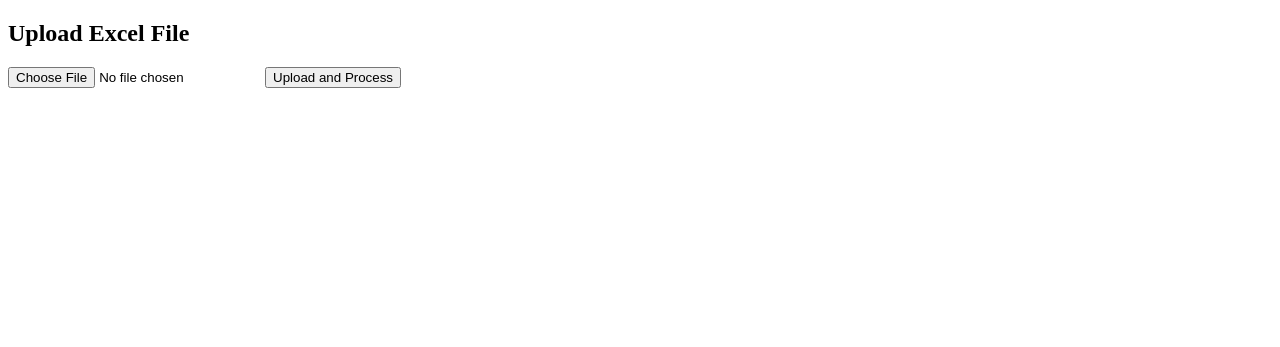
Repository: fatur04/Excel-Matching-Web-App
Page: http://localhost/
The author's editor kept a copy of each file at every save. The page is drawn from the files as they stood at one save, then again after the next save.
The browser window is 1280 px wide. The pictures show the whole page.
The page is served by the project's application, run on Flask 3 (app.py).

Above is the page before, as saved 2024-11-04 21:36:32.

### templates/index.html
<!DOCTYPE html>
<html lang="en">
<head>
    <meta charset="UTF-8">
    <meta name="viewport" content="width=device-width, initial-scale=1.0">
    <title>Excel Matching Web App</title>
</head>
<body>
    <h2>Upload Excel File</h2>
    <form action="/upload" method="POST" enctype="multipart/form-data">
        <input type="file" name="file" accept=".xlsx" required>
        <button type="submit">Upload and Process</button>
    </form>
</body>
</html>

### app.py
import os
import pandas as pd
from flask import Flask, request, render_template, send_file, redirect, url_for
from werkzeug.utils import secure_filename

app = Flask(__name__)
app.config['UPLOAD_FOLDER'] = 'uploads'
app.config['RESULT_FOLDER'] = 'results'

os.makedirs(app.config['UPLOAD_FOLDER'], exist_ok=True)
os.makedirs(app.config['RESULT_FOLDER'], exist_ok=True)

@app.route('/')
def index():
    return render_template('index.html')

@app.route('/upload', methods=['POST'])
def upload_file():
    if 'file' not in request.files:
        return "No file part in the request"

    file = request.files['file']
    if file.filename == '':
        return "No selected file"

    # Simpan file ke folder uploads
    filename = secure_filename(file.filename)
    file_path = os.path.join(app.config['UPLOAD_FOLDER'], filename)
    file.save(file_path)

    # Baca file Excel dan lakukan pencocokan data
    excel_data = pd.ExcelFile(file_path)
    sheet1_df = excel_data.parse('Sheet1')
    sheet2_df = excel_data.parse('Sheet2')

    if 'sia' in sheet1_df.columns and 'sia' in sheet2_df.columns:
        # Left join dari Sheet2 ke Sheet1 untuk mencocokkan semua data 'sia' dari Sheet2
        matching_sia = pd.merge(sheet2_df, sheet1_df, on='sia', how='left')

        # Simpan hasil ke file baru di folder results
        result_filename = f"result_{filename}"
        result_file_path = os.path.join(app.config['RESULT_FOLDER'], result_filename)
        with pd.ExcelWriter(result_file_path, engine='openpyxl') as writer:
            excel_data.parse('Sheet1').to_excel(writer, sheet_name='Sheet1', index=False)
            excel_data.parse('Sheet2').to_excel(writer, sheet_name='Sheet2', index=False)
            matching_sia.to_excel(writer, sheet_name='Sheet3', index=False)

        # Redirect ke halaman download dengan filename hasil
        return redirect(url_for('download_page', filename=result_filename))

    return "Kolom 'sia' tidak ditemukan di salah satu atau kedua sheet."

@app.route('/download/<filename>')
def download_page(filename):
    # Halaman untuk menampilkan link unduhan hasil
    return render_template('download.html', filename=filename)

@app.route('/download_file/<filename>')
def download_file(filename):
    # Kirim file hasil untuk diunduh
    result_file_path = os.path.join(app.config['RESULT_FOLDER'], filename)
    return send_file(result_file_path, as_attachment=True)

if __name__ == '__main__':
    app.run(debug=True)

After the next save:
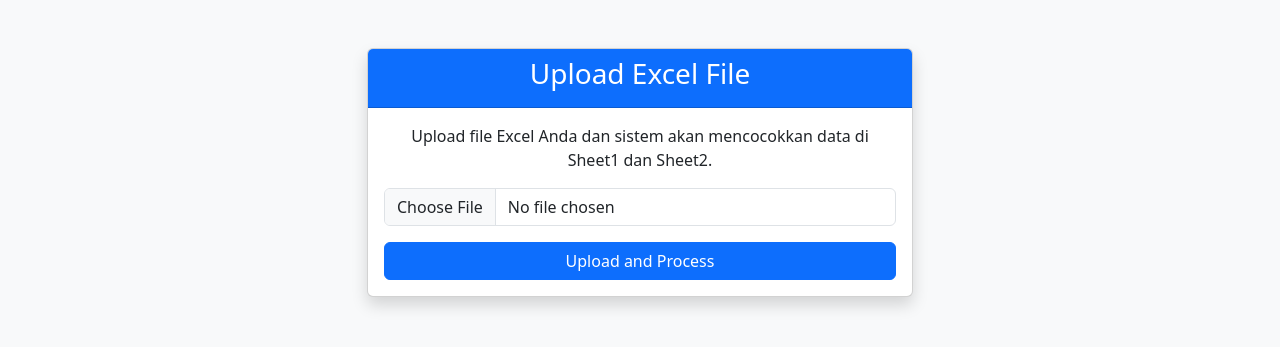
Saved 12 s later.
--- a/templates/index.html
+++ b/templates/index.html
@@ -4,12 +4,33 @@
     <meta charset="UTF-8">
     <meta name="viewport" content="width=device-width, initial-scale=1.0">
     <title>Excel Matching Web App</title>
+    <!-- Bootstrap CSS -->
+    <link href="https://cdn.jsdelivr.net/npm/bootstrap@5.3.0/dist/css/bootstrap.min.css" rel="stylesheet">
 </head>
-<body>
-    <h2>Upload Excel File</h2>
-    <form action="/upload" method="POST" enctype="multipart/form-data">
-        <input type="file" name="file" accept=".xlsx" required>
-        <button type="submit">Upload and Process</button>
-    </form>
+<body class="bg-light">
+    <div class="container py-5">
+        <div class="row justify-content-center">
+            <div class="col-md-6">
+                <div class="card shadow">
+                    <div class="card-header bg-primary text-white text-center">
+                        <h3>Upload Excel File</h3>
+                    </div>
+                    <div class="card-body">
+                        <p class="text-center">Upload file Excel Anda dan sistem akan mencocokkan data di Sheet1 dan Sheet2.</p>
+                        <form action="/upload" method="POST" enctype="multipart/form-data">
+                            <div class="mb-3">
+                                <input type="file" name="file" accept=".xlsx" class="form-control" required>
+                            </div>
+                            <div class="d-grid">
+                                <button type="submit" class="btn btn-primary">Upload and Process</button>
+                            </div>
+                        </form>
+                    </div>
+                </div>
+            </div>
+        </div>
+    </div>
+    <!-- Bootstrap JS -->
+    <script src="https://cdn.jsdelivr.net/npm/bootstrap@5.3.0/dist/js/bootstrap.bundle.min.js"></script>
 </body>
 </html>
